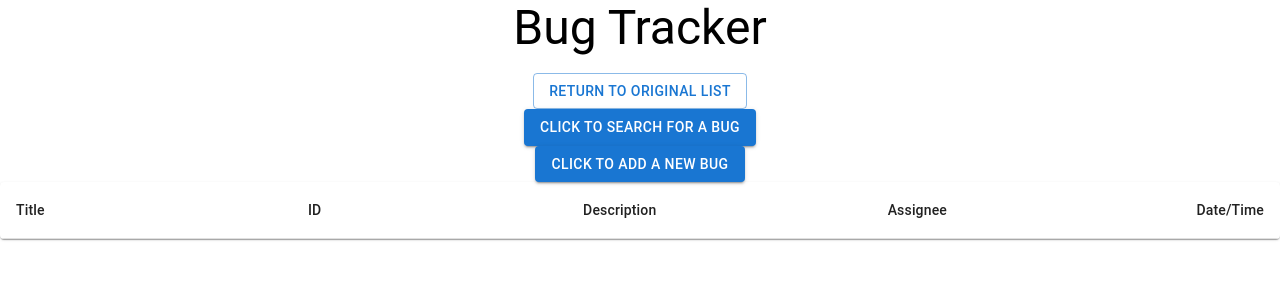
Repository: nj10deadend/RESTAPI-node-with-mongoDB
Page: /bug-table (app in client/frontend/)
An editor plug-in stored every save of this project. The page is shown before and after the next save, followed by the edit.
The browser window is 1280 px wide. The pictures show the whole page.
The page's requests for data from a server got no answer. The project was rebuilt for these pictures with package versions that can differ from the ones it lists, and the page was loaded fresh each time. No one was signed in, and anything a server would have sent is missing. Also part of the build but not shown: client/frontend/src/components/BugTableCell.js, client/frontend/src/components/Signup.js.

Above is the page before, as saved 2021-12-31 18:13:48.

After the next save:
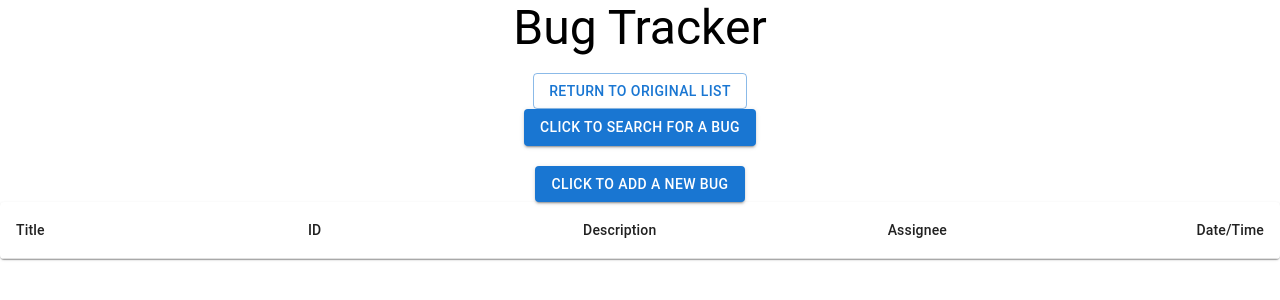
Saved 20 s later.
--- a/client/frontend/src/components/BugTable.js
+++ b/client/frontend/src/components/BugTable.js
@@ -93,8 +93,9 @@ function BugTable ({userFormData}) {
             <Typography variant="h3" component="div" gutterBottom>Bug Tracker</Typography>
 
             <Button onClick={() => getFetchAllBugs()} variant="outlined">Return to original list</Button>
-
+            <br></br>
             <BugSearch setBugServer={setBugServer}/>
+            <br></br>
 
 
 
